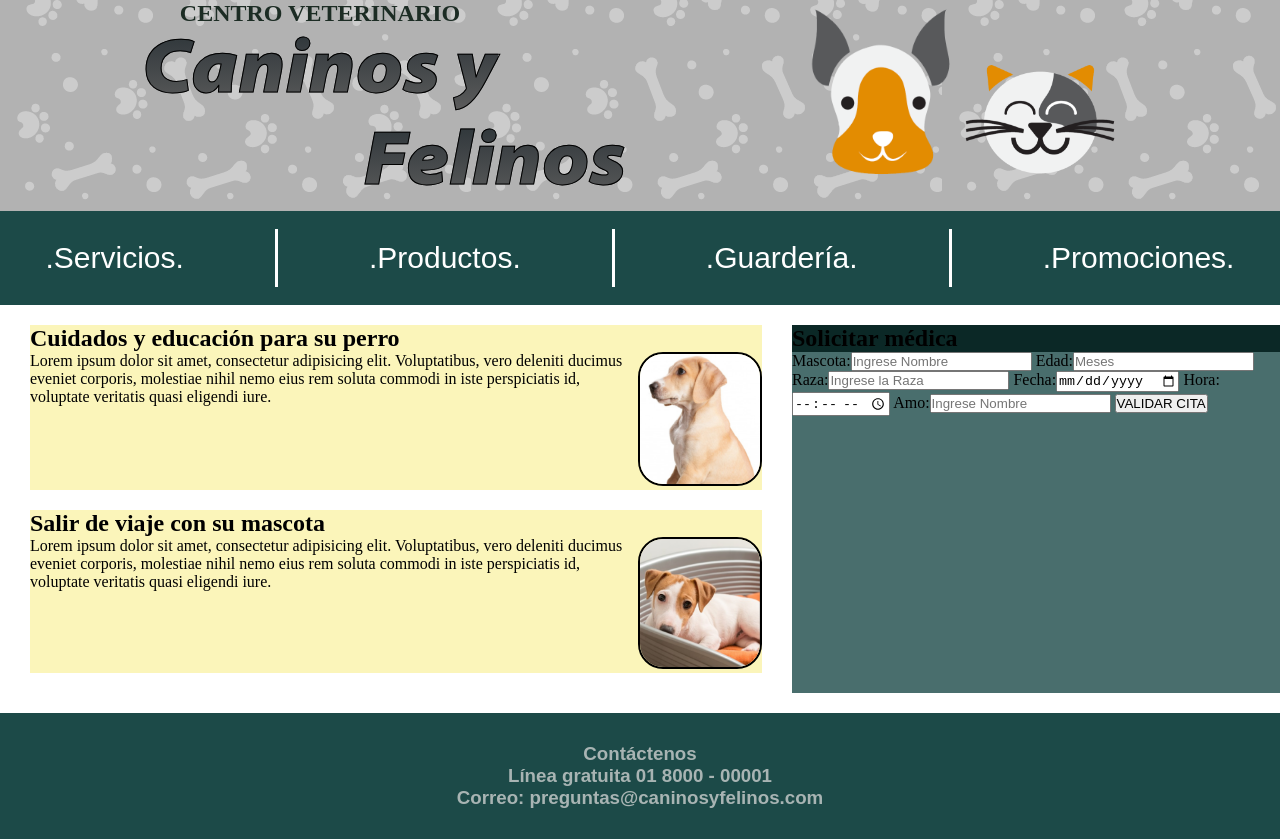
Repository: mariomr87/senaweb01
Page: principal.html
The author's editor kept a copy of each file at every save. The page is drawn from the files as they stood at one save, then again after the next save.
The browser window is 1280 px wide. The pictures show the whole page.

Above is the page before, as saved 2021-10-23 10:32:17.

After the next save:
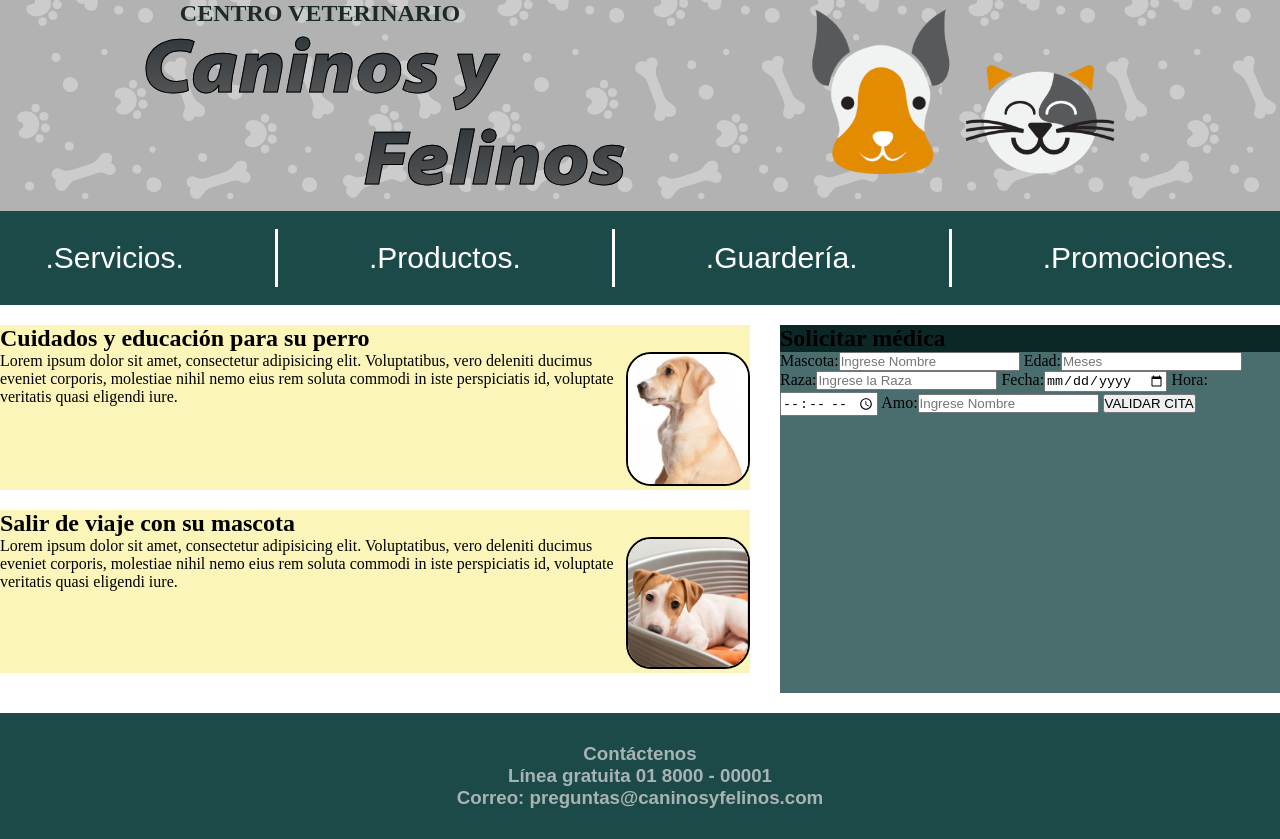
Saved 66 s later.
--- a/estilos.css
+++ b/estilos.css
@@ -81,7 +81,7 @@ nav a{
 section{
     border-radius: 25px;
     width: 60%;
-    margin: 0 30px;
+    margin-right: 30px;
 }
 
 article{
